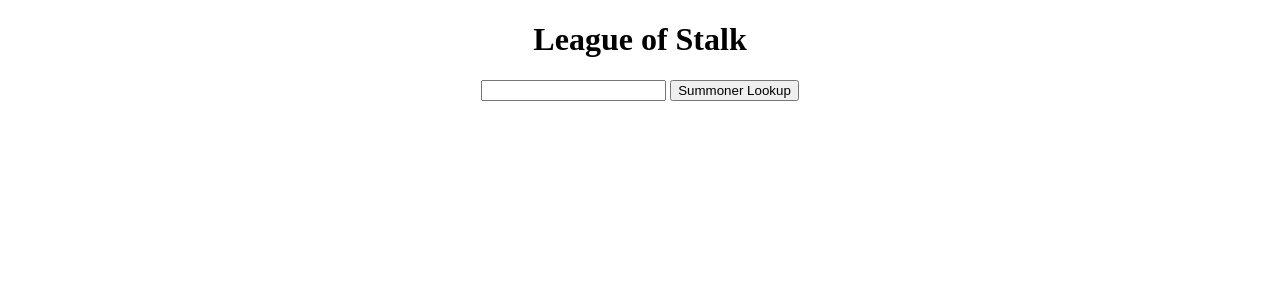
Repository: Dreifingerjpey/TestLos
Page: http://localhost/LeagueOfStalk/
The author's editor kept a copy of each file at every save. The page is drawn from the files as they stood at one save, then again after the next save.
The browser window is 1280 px wide. The pictures show the whole page.
The page is served by Tomcat 9.

Above is the page before, as saved 2017-08-04 20:38:53.

After the next save:
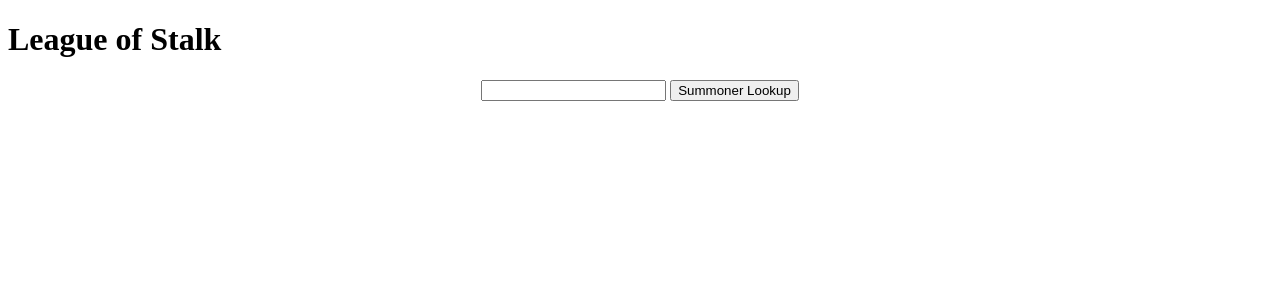
Saved 5 min 50 s later.
--- a/Eclipse/LeagueOfStalk/WebContent/index.jsp
+++ b/Eclipse/LeagueOfStalk/WebContent/index.jsp
@@ -11,7 +11,7 @@
 </head>
 
 <body >
-	<h1 align="center">League of Stalk</h1>
+	<h1>League of Stalk</h1>
 		<div align="center">
 			<form  action="SummonerLookup">
 			<input type="text" name="summoner">
